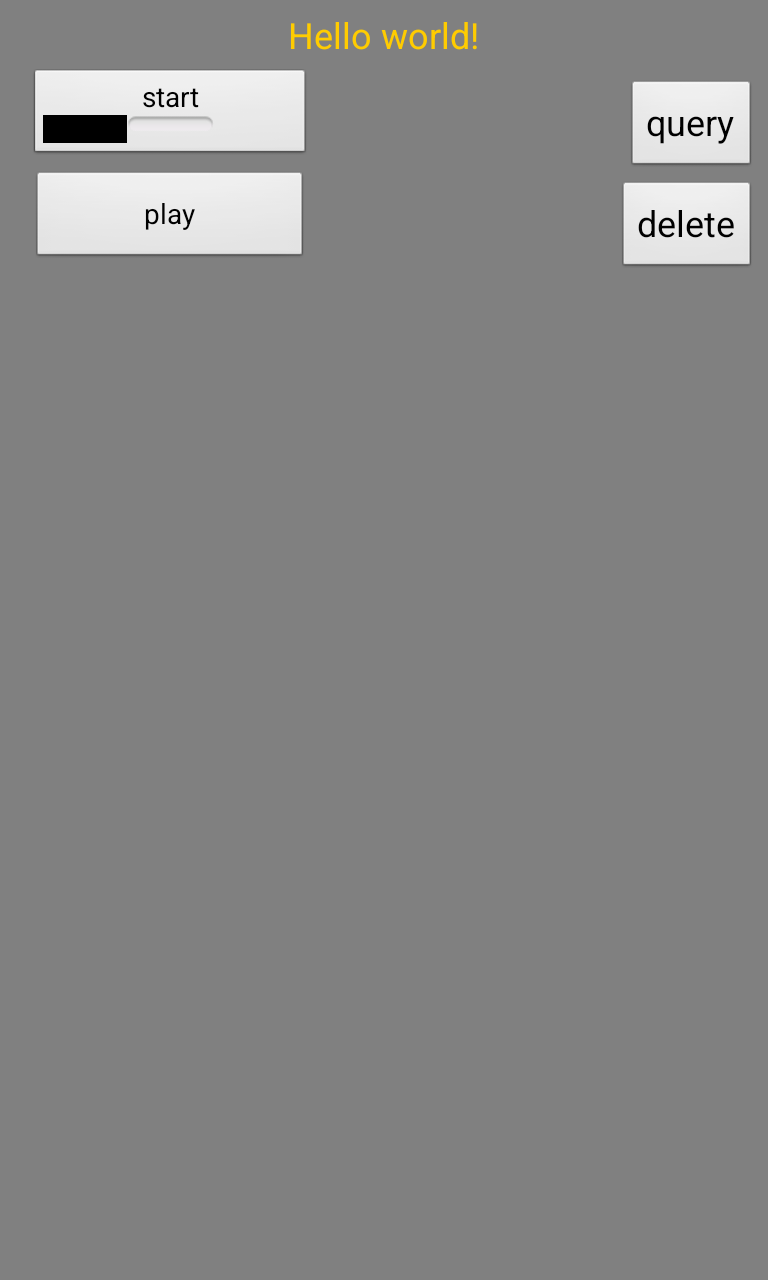
Repository: FreyrChen/tucan_Linux_practice
Layout: 4_Android_program/MusicIdentify/res/layout/activity_main.xml
An editor plug-in stored every save of this project. The layout is shown before and after the next save, followed by the edit.
It is drawn on a 768 x 1280 px phone screen (xhdpi) without system bars, with theme AppTheme; the app's code is not run.

Above is the layout before, as saved 2013-05-30 08:53:16.

After the next save:
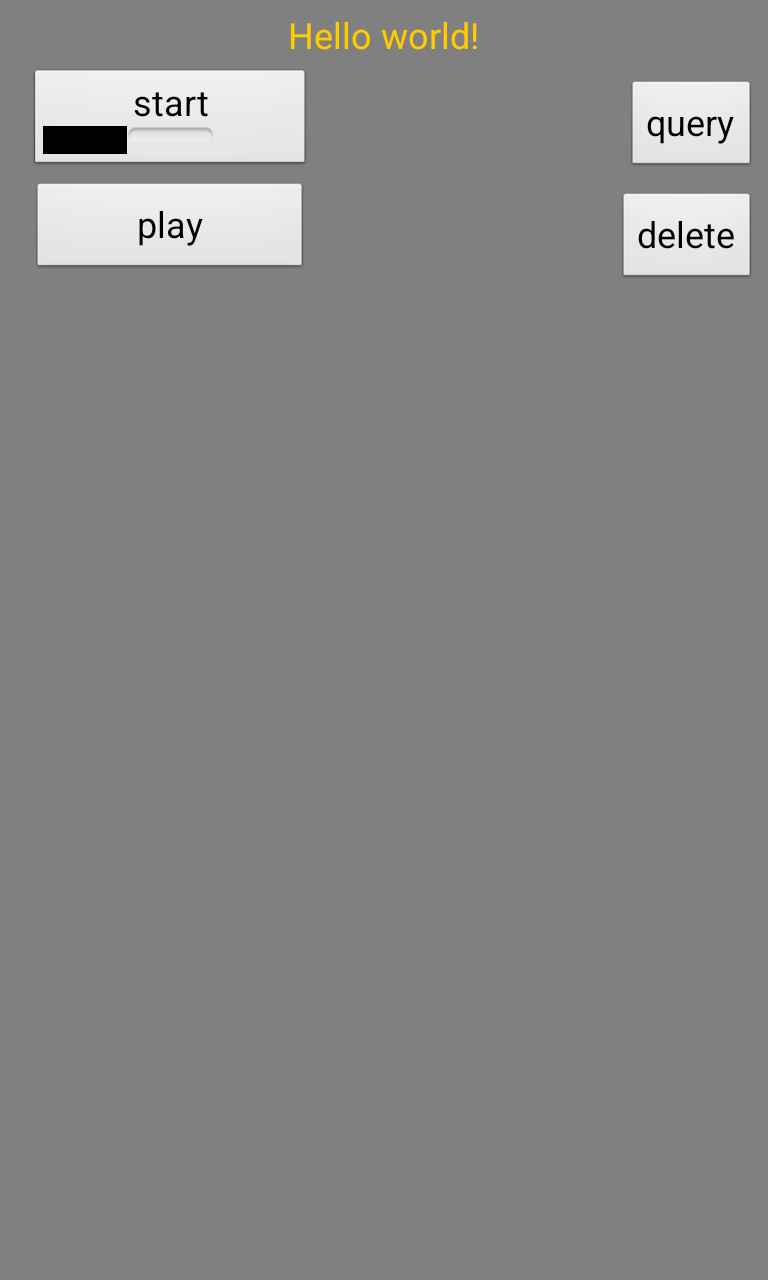
Saved 18 s later.
--- a/4_Android_program/MusicIdentify/res/layout/activity_main.xml
+++ b/4_Android_program/MusicIdentify/res/layout/activity_main.xml
@@ -22,6 +22,7 @@
 		android:id="@+id/start_button"
 		android:textOn="@string/stop"
 		android:textOff="@string/start"
+		android:textSize="18sp"
 	 	android:layout_width="140dp"
 	 	android:layout_height="wrap_content"
 	    android:layout_alignParentLeft="true"
@@ -45,6 +46,7 @@
     <Button
 	 	android:id="@+id/play_button"
 		android:text="@string/play"
+		android:textSize="18sp"
 	 	android:layout_width="140dp"
 	 	android:layout_height="wrap_content"
 	    android:layout_alignParentLeft="true"
